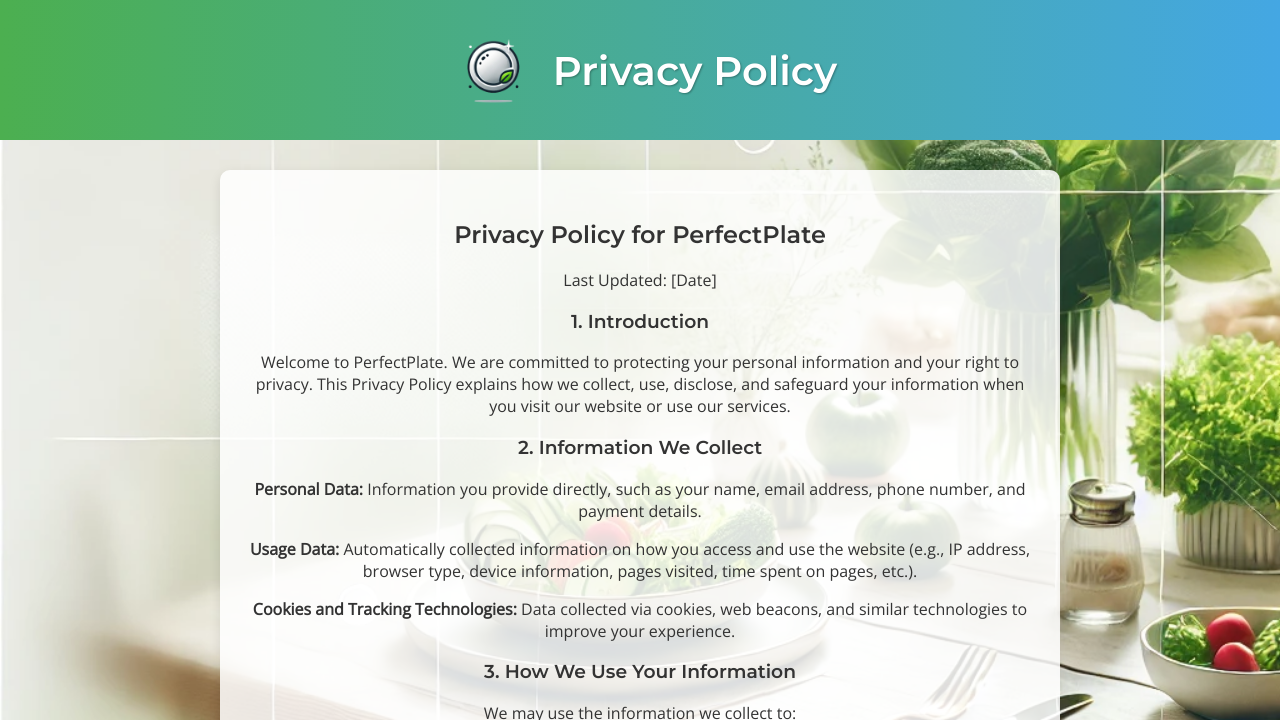
Repository: nikwhite1169/perfectplate
Page: privacy-policy.html
An editor plug-in stored every save of this project. The page is shown before and after the next save, followed by the edit.
The browser window is 1280 px wide. The pictures show the whole page.
An inner scrolling area shows only its first screen.

Above is the page before, as saved 2025-01-13 00:56:59.

### privacy-policy.html
<!DOCTYPE html>
<html lang="en">
<head>
  <meta charset="UTF-8" />
  <meta name="viewport" content="width=device-width, initial-scale=1.0"/>
  <title>Privacy Policy - PerfectPlate</title>

  <!-- Google Fonts -->
  <link rel="preconnect" href="https://fonts.googleapis.com" />
  <link rel="preconnect" href="https://fonts.gstatic.com" crossorigin />
  <link
    href="https://fonts.googleapis.com/css2?family=Montserrat:wght@600&family=Open+Sans:wght@400&display=swap"
    rel="stylesheet"
  />

  <link rel="stylesheet" href="styles.css" />
</head>
<body>
  <header>
    <div class="header-top">
      <img src="images/logo.png" alt="PerfectPlate Logo" class="logo" />
      <h1>Privacy Policy</h1>
    </div>
  </header>

  <section id="privacy-policy" class="text-background">
    <h2>Privacy Policy for PerfectPlate</h2>
    <p>Last Updated: [Date]</p>

    <h3>1. Introduction</h3>
    <p>Welcome to PerfectPlate. We are committed to protecting your personal information and your right to privacy. This Privacy Policy explains how we collect, use, disclose, and safeguard your information when you visit our website or use our services.</p>

    <h3>2. Information We Collect</h3>
    <p><strong>Personal Data:</strong> Information you provide directly, such as your name, email address, phone number, and payment details.</p>
    <p><strong>Usage Data:</strong> Automatically collected information on how you access and use the website (e.g., IP address, browser type, device information, pages visited, time spent on pages, etc.).</p>
    <p><strong>Cookies and Tracking Technologies:</strong> Data collected via cookies, web beacons, and similar technologies to improve your experience.</p>

    <h3>3. How We Use Your Information</h3>
    <p>We may use the information we collect to:</p>
    <ul>
      <li>Provide and maintain our services</li>
      <li>Personalize your experience</li>
      <li>Improve our website and services</li>
      <li>Communicate with you, including customer support</li>
      <li>Process transactions and send related information</li>
      <li>Enforce our Terms of Service and comply with legal obligations</li>
    </ul>

    <h3>4. Sharing Your Information</h3>
    <p>We do not sell or rent your personal data. We may share information with:</p>
    <ul>
      <li>Service providers and partners who perform services on our behalf</li>
      <li>Legal authorities, if required by law or to protect our rights</li>
      <li>Other parties with your explicit consent</li>
    </ul>

    <h3>5. Data Security</h3>
    <p>We implement reasonable security measures to protect your data. However, no method of transmission over the internet or electronic storage is completely secure.</p>

    <h3>6. Your Rights</h3>
    <p>You may have certain rights regarding your personal data, including the right to access, correct, or delete your data. To exercise these rights, please contact us.</p>

    <h3>7. Changes to This Privacy Policy</h3>
    <p>We may update this policy periodically. We will notify you of changes by updating the “Last Updated” date and through appropriate communication channels.</p>

    <h3>8. Contact Us</h3>
    <p>If you have questions about this Privacy Policy, please contact us at [contact information].</p>
  </section>

  <footer>
    <p>&copy; 2025 PerfectPlate. Perfect dining, made just for you.</p>
    <a href="privacy-policy.html">Privacy Policy</a> | <a href="terms-of-service.html">Terms of Service</a>
  </footer>
</body>
</html>

### styles.css
/* -----------------------
   Global Styles
------------------------ */
html, body {
  margin: 0;
  padding: 0;
  height: 100%;
  overflow-x: hidden;
}

body {
  /* Use Open Sans for body text */
  font-family: 'Open Sans', sans-serif;
  margin: 0 auto;
  padding: 0;
  text-align: center;
  color: #333;

  /* Background image as requested */
  background: url('images/background.webp') no-repeat center center fixed;
  background-size: cover;

  position: relative;
  max-width: 100%;
}

/* Use Montserrat for headings */
h1, h2, h3 {
  font-family: 'Montserrat', sans-serif;
}

/* Simple fade-in animation (triggered by JS) */
.fade-in {
  opacity: 0;
  transition: opacity 1s ease-in;
}
.fade-in.appear {
  opacity: 1;
}

/* -----------------------
   Header Section
------------------------ */
header {
  /* Simple green-to-blue gradient for more personality */
  background: linear-gradient(90deg, rgba(76,175,80,1) 0%, rgba(68,167,227,1) 100%);
  color: white;
  padding: 20px 0;
}

/* Logo & Title - Stacked on mobile, centered */
.header-top {
  display: flex;
  flex-direction: column;
  align-items: center;
  gap: 10px;
  justify-content: center;
}

.logo {
  width: 100px;
  display: block;
}

header h1 {
  margin: 0;
  font-size: 2em;
  text-shadow: 1px 1px 2px rgba(0,0,0,0.3);
}

/* Two buttons - Stacked & centered on mobile */
.header-app-links {
  display: flex;
  flex-direction: column;
  align-items: center;
  gap: 10px;
  margin-top: 15px;
  justify-content: center;
}

/* Actual link button styling */
.app-store-link {
  display: inline-block;
  margin: 10px 0;
  color: #0073e6;
  text-decoration: none;
}

.app-store-link:hover {
  text-decoration: underline;
}

/* On larger screens => side-by-side layout */
@media (min-width: 768px) {
  .header-top {
    flex-direction: row;
  }

  header h1 {
    font-size: 2.5em;
  }

  .header-app-links {
    flex-direction: row;
  }
}

/* -----------------------
   Intro Section
------------------------ */
#intro {
  max-width: 800px;
  margin: 30px auto 20px;
  padding: 30px 20px;
  background-color: rgba(255, 255, 255, 0.85);
  border-radius: 10px;

  /* Subtle box shadow for better contrast */
  box-shadow: 0 4px 12px rgba(0,0,0,0.1);
}

.text-background {
  background-color: rgba(255, 255, 255, 0.85);
  padding: 30px 20px;
  border-radius: 10px;
  box-shadow: 0 4px 12px rgba(0,0,0,0.1);
  margin: 30px auto;
  max-width: 800px;
}

.hidden {
  display: none;
}

#intro h2 {
  font-size: 2em;
  margin-bottom: 10px;
}

/* -----------------------
   Scroll Prompt
------------------------ */
.scroll-prompt {
  margin: 20px auto;
  text-align: center;
  /*
    Semi-transparent background behind the text/arrow.
    Adjust opacity or color to your liking.
  */
  background: rgba(0,0,0,0.5);
  display: inline-block;
  padding: 10px 15px;
  border-radius: 8px;
}

.scroll-prompt .prompt-text {
  font-size: 1.2em;
  font-weight: 600;
  color: #fff;
  text-shadow: 1px 1px 2px rgba(0,0,0,0.5);
  margin-bottom: 5px;
}

.arrow-down {
  font-size: 1.5em;
  color: #fff;
  animation: bounceArrow 1s infinite alternate;
  cursor: default;
  text-shadow: 1px 1px 2px rgba(0,0,0,0.5);
}

@keyframes bounceArrow {
  from {
    transform: translateY(0);
  }
  to {
    transform: translateY(6px);
  }
}

/* -----------------------
   Features Section
------------------------ */
#features {
  max-width: 800px;
  margin: 30px auto;
  padding: 50px 20px;
  background-color: rgba(255, 255, 255, 0.85);
  border-radius: 10px;
  box-shadow: 0 4px 12px rgba(0,0,0,0.1);
}

#features h2 {
  font-size: 2em;
  margin-bottom: 30px;
}

/* Feature Cards (icon + text) */
.feature {
  margin: 30px 0;
  display: flex;
  flex-direction: column;
  align-items: center;
  padding: 15px;
}

.feature-icon {
  font-size: 2em;
  margin-bottom: 10px;
}

.feature h3 {
  font-size: 1.5em;
  color: #4caf50;
  margin-bottom: 10px;
  text-transform: uppercase;
}

.feature p {
  font-size: 1.1em;
  margin-top: 10px;
  max-width: 600px;
}

/* “Coming Soon” styling */
.coming-soon {
  font-size: 0.8em;
  color: #f39c12;
  font-weight: bold;
}

/* -----------------------
   How It Works
------------------------ */
#how-it-works {
  max-width: 800px;
  margin: 30px auto;
  padding: 50px 20px;
  background-color: rgba(255, 255, 255, 0.85);
  border-radius: 10px;
  box-shadow: 0 4px 12px rgba(0,0,0,0.1);
}

#how-it-works h2 {
  font-size: 2em;
  margin-bottom: 20px;
}

.steps {
  list-style: none;
  text-align: left;
  margin: 0 auto;
  padding: 0;
  max-width: 600px;
}

.steps li {
  margin: 15px 0;
  display: flex;
  align-items: baseline;
  font-size: 1.1em;
}

.steps li strong {
  min-width: 100px;
  text-align: left;
  font-weight: bold;
  color: #4caf50;
}

.steps li span {
  flex: 1;
  text-align: left;
}

/* -----------------------
   CTA Section
------------------------ */
#cta {
  /* A teal-to-green gradient for the CTA area */
  background: linear-gradient(90deg, rgba(0,178,155,1) 0%, rgba(76,175,80,1) 100%);
  color: white;
  padding: 40px 0;
  margin: 30px 0 0 0;
  width: 100%;
  text-align: center;
  box-sizing: border-box;
}

#cta h2 {
  font-size: 2em;
  margin: 0 0 10px;
}

#cta p {
  font-size: 1.1em;
  margin: 0;
  margin-bottom: 20px;
}

.cta-button {
  background-color: #ff6f61;
  color: white;
  padding: 10px 20px;
  border: none;
  border-radius: 5px;
  cursor: pointer;
  font-size: 1em;
  text-decoration: none;
  display: inline-block;
}

.cta-button:hover {
  background-color: #ff4a3d;
}

/* -----------------------
   Footer
------------------------ */
footer {
  margin-top: 20px;
  background-color: #222;
  color: white;
  padding: 20px 0;
  font-size: 0.9em;
  opacity: 0.9;
  text-shadow: 1px 1px 2px rgba(0,0,0,0.3);
}

.button {
  display: inline-block;
  padding: 10px 20px;
  background-color: #0073e6;
  color: white;
  text-align: center;
  border-radius: 5px;
  text-decoration: none;
}

.button:hover {
  background-color: #005bb5;
}

footer a {
  color: #ff6f61;
  text-decoration: none;
  margin: 0 10px;
}

footer a:hover {
  text-decoration: underline;
}

After the next save:
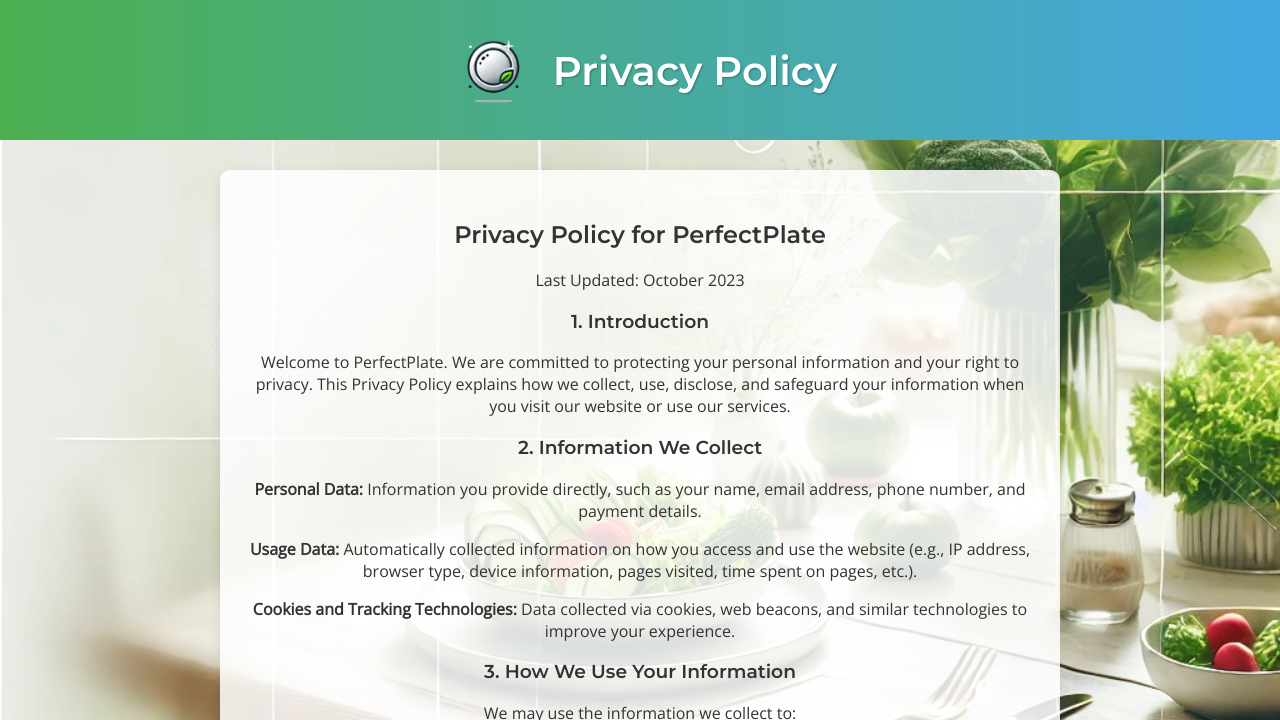
Saved 2 min 18 s later.
--- a/privacy-policy.html
+++ b/privacy-policy.html
@@ -25,7 +25,7 @@
 
   <section id="privacy-policy" class="text-background">
     <h2>Privacy Policy for PerfectPlate</h2>
-    <p>Last Updated: [Date]</p>
+    <p>Last Updated: October 2023</p>
 
     <h3>1. Introduction</h3>
     <p>Welcome to PerfectPlate. We are committed to protecting your personal information and your right to privacy. This Privacy Policy explains how we collect, use, disclose, and safeguard your information when you visit our website or use our services.</p>
@@ -37,22 +37,18 @@
 
     <h3>3. How We Use Your Information</h3>
     <p>We may use the information we collect to:</p>
-    <ul>
-      <li>Provide and maintain our services</li>
-      <li>Personalize your experience</li>
-      <li>Improve our website and services</li>
-      <li>Communicate with you, including customer support</li>
-      <li>Process transactions and send related information</li>
-      <li>Enforce our Terms of Service and comply with legal obligations</li>
-    </ul>
+    <p>Provide and maintain our services</p>
+    <p>Personalize your experience</p>
+    <p>Improve our website and services</p>
+    <p>Communicate with you, including customer support</p>
+    <p>Process transactions and send related information</p>
+    <p>Enforce our Terms of Service and comply with legal obligations</p>
 
     <h3>4. Sharing Your Information</h3>
     <p>We do not sell or rent your personal data. We may share information with:</p>
-    <ul>
-      <li>Service providers and partners who perform services on our behalf</li>
-      <li>Legal authorities, if required by law or to protect our rights</li>
-      <li>Other parties with your explicit consent</li>
-    </ul>
+    <p>Service providers and partners who perform services on our behalf</p>
+    <p>Legal authorities, if required by law or to protect our rights</p>
+    <p>Other parties with your explicit consent</p>
 
     <h3>5. Data Security</h3>
     <p>We implement reasonable security measures to protect your data. However, no method of transmission over the internet or electronic storage is completely secure.</p>
@@ -64,7 +60,7 @@
     <p>We may update this policy periodically. We will notify you of changes by updating the “Last Updated” date and through appropriate communication channels.</p>
 
     <h3>8. Contact Us</h3>
-    <p>If you have questions about this Privacy Policy, please contact us at [contact information].</p>
+    <p>If you have questions about this Privacy Policy, please contact us at perfectplateai@gmail.com.</p>
   </section>
 
   <footer>
